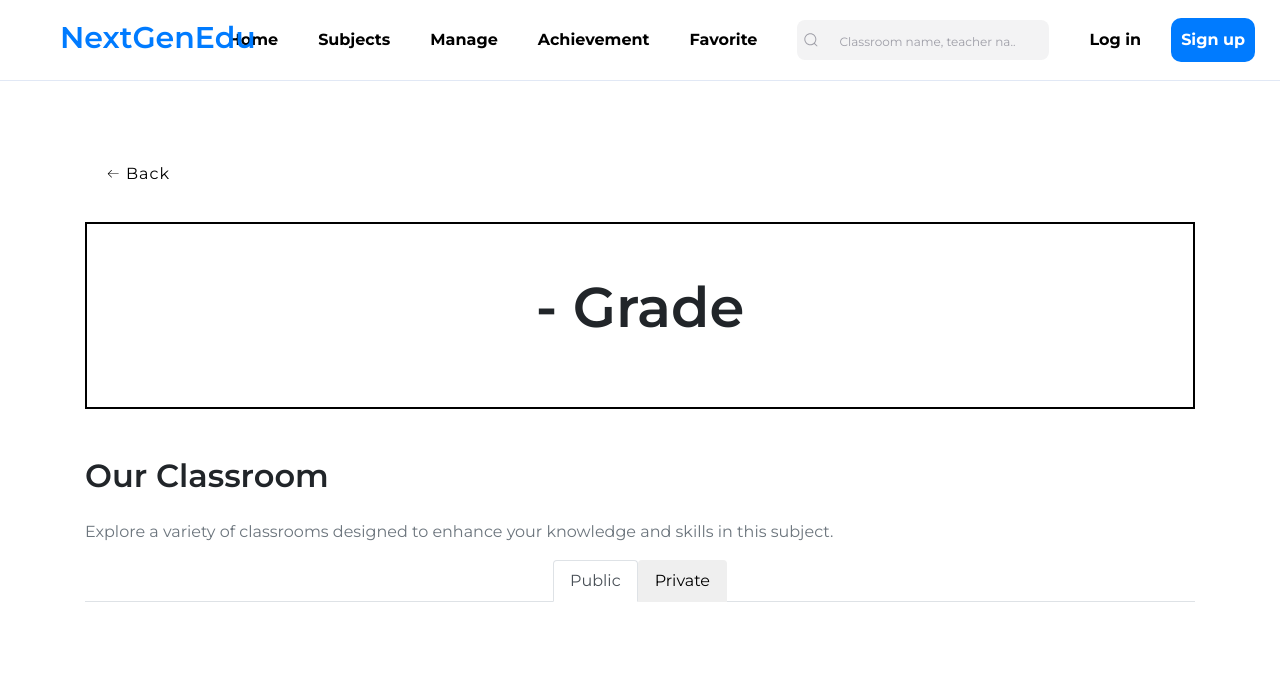
Repository: khoilvgcc210040/nextgenedu
Page: templates/classrooms.html
The author's editor kept a copy of each file at every save. The page is drawn from the files as they stood at one save, then again after the next save.
The browser window is 1280 px wide. The pictures show the whole page.
The page is served by the project's application, run on Django 5.2 (manage.py). The template is opened directly, without the code that normally fills it, so the values that code supplies are empty.

Above is the page before, as saved 2024-08-11 21:56:42.

After the next save:
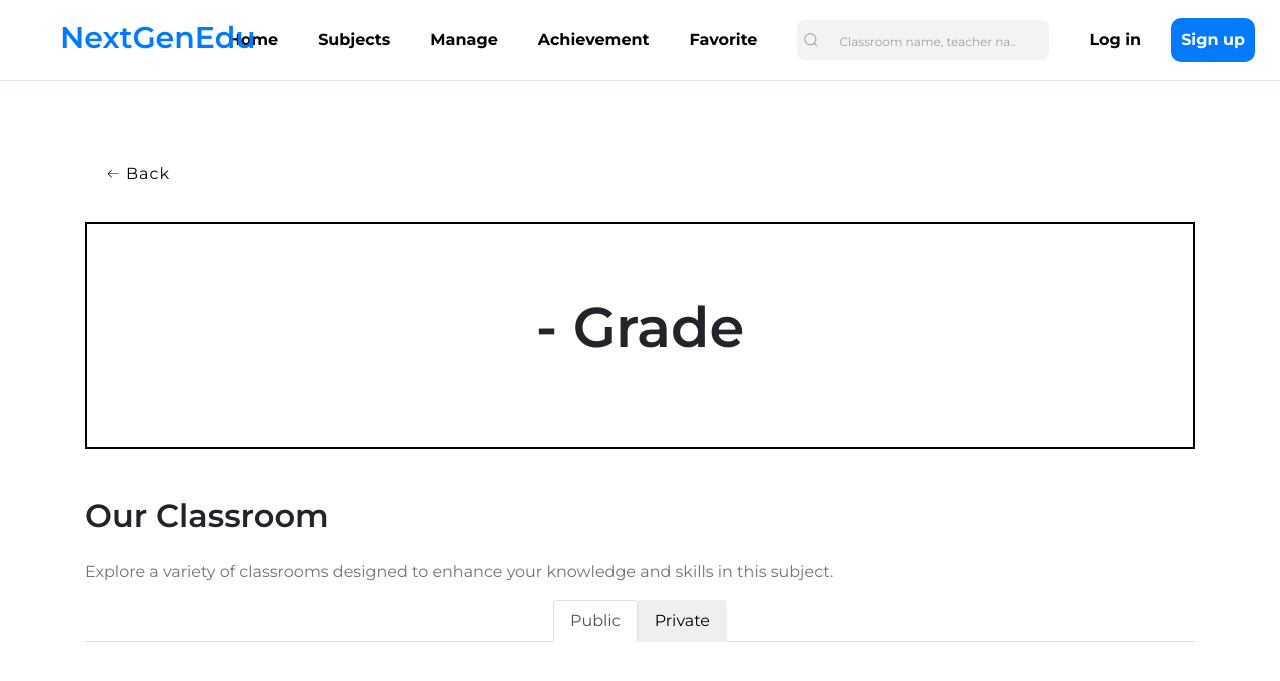
Saved 8 s later.
--- a/templates/classrooms.html
+++ b/templates/classrooms.html
@@ -51,7 +51,7 @@
 
     header {
         border: 2px solid #000;
-        padding: 50px;
+        padding: 70px;
     }
 </style>
 <body>
